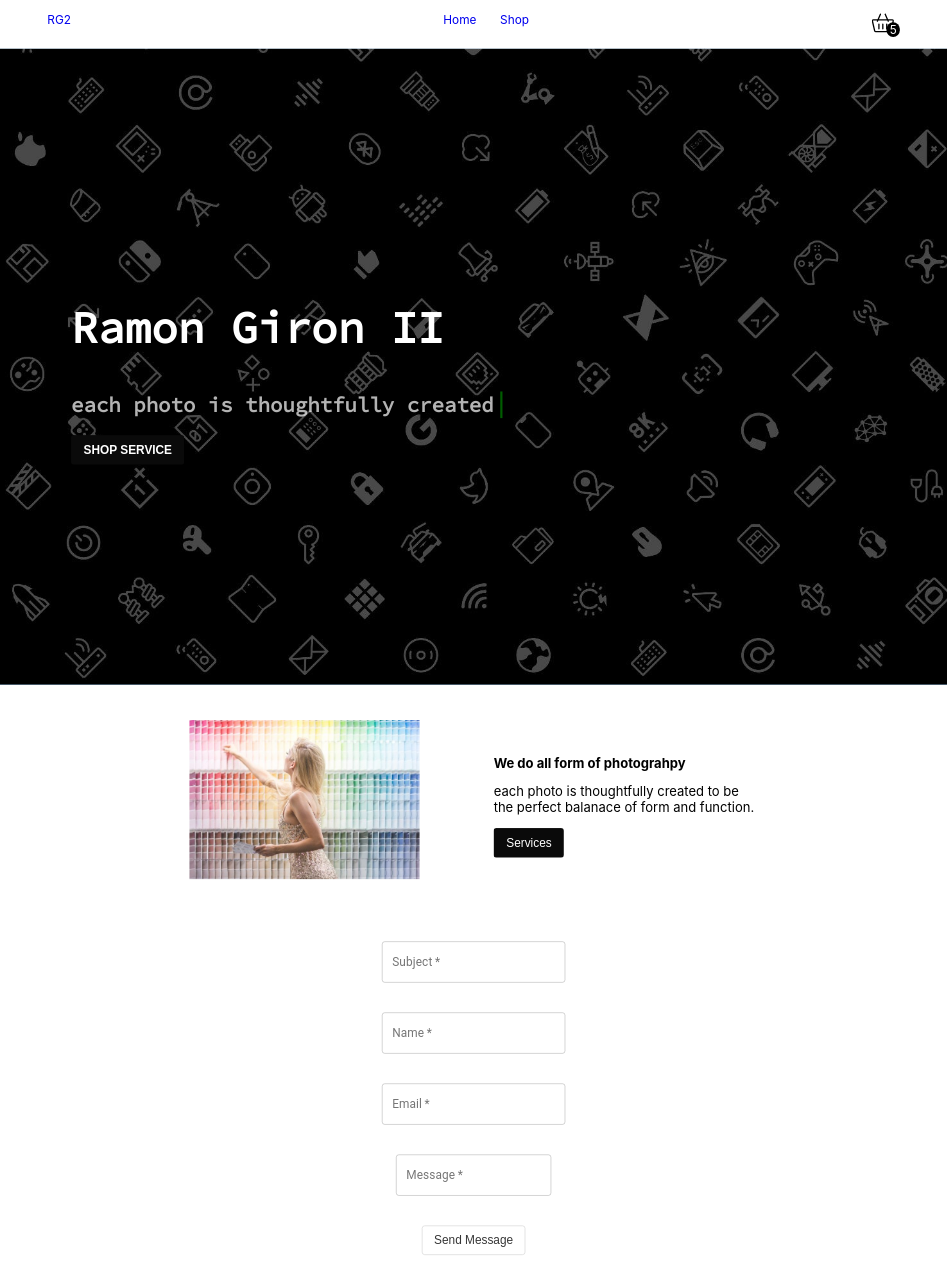
Repository: realistmccoy/coolify
Page: / (app in personalecom/)
The author's editor kept a copy of each file at every save. The page is drawn from the files as they stood at one save, then again after the next save.
The browser window is 1280 px wide. The pictures show the whole page, at 74% of full size.
The project was rebuilt for these pictures with package versions that can differ from the ones it lists, and the page was loaded fresh each time.

Above is the page before, as saved 2021-02-21 23:39:58.

### personalecom/src/index.js
import React from 'react';
import ReactDOM from 'react-dom';
import './index.css';
import App from './App';
import reportWebVitals from './reportWebVitals';
import { BrowserRouter } from 'react-router-dom';

ReactDOM.render(
<BrowserRouter>
<App />
</BrowserRouter>
, document.getElementById('root'));

// If you want to start measuring performance in your app, pass a function
// to log results (for example: reportWebVitals(console.log))
// or send to an analytics endpoint. Learn more: https://bit.ly/CRA-vitals
reportWebVitals();

### personalecom/src/App.js
import Header from './components/header/header.jsx';
import Hero from './components/hero/hero';
import MainSection from './components/main-section/main-section';
import ContactForm from './components/contactform/contactForm';
import './App.scss';

function App() {
  return (
		<div className='App'>
			<Header />
			<Hero />
			<MainSection />
			<ContactForm />
		</div>
  );
}

export default App;

### personalecom/src/components/header/header.jsx
import React from 'react';
import { Link } from 'react-router-dom'
import CartIcon from '../cart-icon/cart-icon'
import './header.styles.scss';

const Header = () => {
  return (
    <nav className="nav-menu container">
      <div className="logo">
        <Link to='/'> RG2</Link>
      </div>
      <ul>
        <li>
        <Link to='/'> Home</Link>
        </li>
        <li>
        <Link to='/shop'> Shop</Link>
        </li>
      </ul>
      <CartIcon/>
    </nav>

  )
}

export default Header

### personalecom/src/components/hero/hero.jsx
import React from 'react';
import './hero.styles.scss';

const Hero = () => {
  return (
    <section className="hero is-large is-info hero-image">
  <div className="hero-body">
    <h1 className="title">
      Ramon Giron II
    </h1>
    <h1 className="hero-title">
    each photo is thoughtfully created to be the perfect balanace of form and function.
    </h1>
    <div className="shop-now">
      <button className="button is-black" id='shop-now'>SHOP SERVICE</button>
    </div>
  </div>
</section>
  )
}

export default Hero;

### personalecom/src/components/main-section/main-section.jsx
import React from 'react';
import { withRouter} from 'react-router-dom'
import naturebg from '../../assets/nature.jpg'
import './main-section.styles.scss'

const MainSection = ({ history }) => {
  return (
    <div className="main-section-container">
      <div className="main-section-middle">
        <div className="ms-m-image">
          <img src={naturebg} alt="nature background" />
        </div>
        <div className="ms-m-description">
          <h2>We do all form of photograhpy</h2>
          <p>
          each photo is thoughtfully created to be the perfect balanace of form and function.
          </p>
          <button className="button is-black" id="shop now" onClick={() => history.push('/product/1')}>
          Services
          </button>
        </div>

        <div/>
      </div>
    </div>
  )
}
export default withRouter(MainSection)

### personalecom/src/components/contactform/contactForm.jsx

import React, { Component } from "react";
import axios from "axios";
import TextField from "@material-ui/core/TextField";

export default class ContactForm extends Component {

state = {name:"",message:"",email:"",subject:"",sent:false,buttonText:"Send Message", emailError:false};

  resetForm = () => {
    this.setState({
      name: "",
      message: "",
      email: "",
      subject: "",
      buttonText: "Message Sent",
    });

    setTimeout(() => {
      this.setState({ sent: false });
    }, 3000);
  };


  handleChangeEmail(e) {
    if (!e.target.value.match(
        /^(([^<>()\[\]\\.,;:\s@"]+(\.[^<>()\[\]\\.,;:\s@"]+)*)|(".+"))@((\[[0-9]{1,3}\.[0-9]{1,3}\.[0-9]{1,3}\.[0-9]{1,3}\])|(([a-zA-Z\-0-9]+\.)+[a-zA-Z]{2,}))$/
      )
    ) {
      this.setState({
        email: e.target.value,
      });
      this.setState({ emailError: true });

      if (this.state.email === "") {
        // check if the input is empty
        this.setState({ emailError: false });
      }
    } else {
      this.setState({ email: e.target.value, emailError: false });
    }
  }

  formSubmit = async (e) => {
    e.preventDefault();
    this.setState({
      buttonText: "...sending",
    });

    let data = {
      name: this.state.name,
      email: this.state.email,
      message: this.state.message,
      subject: this.state.subject,
    };

    try {
      await axios.post("BACKEND_URL", data);
      this.setState({ sent: true }, this.resetForm());
    } catch (error) {
      console.log(error);
    }
  };

  render() {
  return (

      <form className="contact-form" onSubmit={(e) => this.formSubmit(e)}>

        <TextField
          id="outlined-basic"
          placeholder="Enter Subject"
          label="Subject"
          variant="outlined"
          value={this.state.subject}
          onChange={(e) => this.setState({ subject: e.target.value })}
          required
        />

        <br />
        <br />
        <br />

        <TextField
          id="outlined-basic"
          placeholder="Enter your name"
          label="Name"
          variant="outlined"
          value={this.state.name}
          onChange={(e) => this.setState({ name: e.target.value })}
          required
          type="text"
        />
        <br />
        <br />
        <br />

        <TextField
          id="outlined-basic"
          label="Email"
          placeholder="Enter email address"
          variant="outlined"
          value={this.state.email}
          onChange={(e) => this.handleChangeEmail(e)}
          error={this.state.emailError}
          required
          type="email"
        />
        <br />
        <br />
        <br />
        <TextField
          id="standard-multiline-flexible"
          label="Message"
          placeholder="Enter Message"
          variant="outlined"
          multiline
          rowsMax={4}
          value={this.state.message}
          onChange={(e) => this.setState({ message: e.target.value })}
          required
          type="text"
        />
        <br />
        <br />
        <br />
        <div className="button--container">
          <button type="submit" className="button button-primary">
            {this.state.buttonText}
          </button>
        </div>
      </form>

  )
}
}

### personalecom/src/App.scss
@charset "utf-8";

@import '../node_modules/bulma/sass/utilities/_all.sass';
@import '../node_modules/bulma/sass/elements/button.sass';
@import '../node_modules/bulma/sass/elements/container.sass';
@import '../node_modules/bulma/sass/layout/hero.sass';

.app {
  position: relative;
  min-height: 100vh;
}

img {
  width: 100%;
}

.nomad-container {
  width: 60%;
  margin: 0 auto;
}

#shop-now {
  font-weight: 600;
  &:hover {
    background-color: #606060;
  }
}

// Featured products section
.featured-collection {
  margin-top: 6rem;

  .featured-section-title {
    font-size: 2rem;
  }

  .featured-image {
    cursor: pointer;
  }

  @media(min-width: 1024px) {
    .products {
      display: flex;
      justify-content: space-between;
      padding: 5px;

      .featured-product {
        margin: 10px;
      }
    }
  }
}

// single product page
.name-price {
  p {
    font-size: 1.2rem;
    font-weight: bold;
  }

  h3 {
    font-size: 1rem;
  }
}

//black button styles
.nomad-btn {
  display: block;
  width: 100%;
  line-height: 1.4;
  padding-left: 5px;
  padding-right: 5px;
  white-space: normal;
  margin-top: 0;
  margin-bottom: 10px;
  min-height: 44px;
}

//input styles
.nomad-input {
  width: 100%;
  padding: 10px;
  margin-bottom: 1rem;
}

form {
  padding: 2rem;
  text-align: center;
  input[type=text],
  input[type=email],
  input[type=password]{
    width: 60%;
  }

  .submit-btn {
    display: flex;
    justify-content: center;
  }

  .submit {
    width: 200px;
  }
}

.form-error {
  border: 1px solid red;
}

::placeholder {
  color: #606060;
  font-size: 16px;
}

#btn-white-outline {
  border: 1px solid grey;
  margin-bottom: 1rem;
}
#buy-it-now-btn {
  &:hover {
    background-color: #606060;
  }
}

@media(min-width: 1024px) {
  form {
    width: 60%;
    margin: 0 auto;

    input[type=text],
    input[type=email],
    input[type=password]{
      width: 65%;
    }
  }
}

.error {
  border: 1px solid red;
}

.error-message {
  color: red;
  font-size: 1.5rem;
}

### personalecom/src/components/cart-icon/cart-icon.jsx
import React from 'react';
import shoppingBag from '../../assets/2169842.svg'
import './cart-icon.styles.scss'

const CartIcon = () => {
  return (
    <div className="cart-container">
      <img src={shoppingBag} alt='shopping-cart-icon' />
      <span className="cart-count"> 5 </span>
    </div>
  )
}

export default CartIcon;

### personalecom/src/components/header/header.styles.scss
.nav-menu {
  display: flex;
  padding: 1rem;
  a {
    text-decoration: none;
    &:focus, &:hover, &:visited{
      color: black;
    }
  }
  .logo{
    font: size 1.5rem;
  }
  ul{
    list-style: none;
    margin: 0;
    margin-left: auto;

    li{
      display: inline-block;
      margin: 0 1rem;
    }
  }
}

### personalecom/src/components/hero/hero.styles.scss
@import url('https://fonts.googleapis.com/css?family=Source+Code+Pro');

.hero-image {
  background: linear-gradient(rgba(0, 0, 0, 0.2), rgba(0, 0, 0, 0.2)),
  url('../../assets/mkbhd.jpg') center/cover no-repeat;
}

.hero-title {
  text-align: center;
  border-right: solid 3px rgba(0,255,0,.75);
  white-space: nowrap;
  overflow: hidden;
  font-family: 'Source Code Pro', monospace;
  font-size: 28px;
  color: rgba(255,255,255,.70);

  animation: animated-text 4s steps(29,end) 1s 1 normal both,
  animated-cursor 600ms steps(29,end) infinite;
}

/* text animation */

@keyframes animated-text{
  from{width: 0;}
  to{width: 580px;}
}

/* cursor animations */

@keyframes animated-cursor{
  from{border-right-color: rgba(0,255,0,.75);}
  to{border-right-color: transparent;}
}

@media(min-width: 1024px) {
  .hero-image {
    font-size:2.5rem;
  }
}

.shop-now-btn {
  text-align: center;
}


.title {
  font-family: 'Source Code Pro', monospace;
  text-align: left;
}

### personalecom/src/components/main-section/main-section.styles.scss
.main-section-container {
  width: 60%;
  margin: 3rem auto;
}

h2 {
  font-size:1.1rem;
}

.ms.m-description {
  p {font-size:0.933rem;
  line-height:1.5;
}
}

@media(min-width:1024px) {
  .main-section-middle {
    display: flex;
    justify-content: space-between;

    .ms-image {
      max-width: 545px;
      flex: 1 0 545px;
    }
    .ms-m-description {
      margin-left: 100px;
      align-self: center;
      p {
        font-size:1.1rem;
      }
    }
  }
}

### personalecom/src/components/cart-icon/cart-icon.styles.scss
.cart-container {
  margin-left: auto;
  cursor: pointer;
  img{
    width:30px;
  }
  .cart-count {
    margin-left: -10px;
    background-color: black;
    color: white;
    padding-right: 4px;
    border-radius:10px;
  }
}

Loaded but not shown: personalecom/public/index.html (common file); personalecom/src/index.css (common file); personalecom/src/reportWebVitals.js (common file)

After the next save:
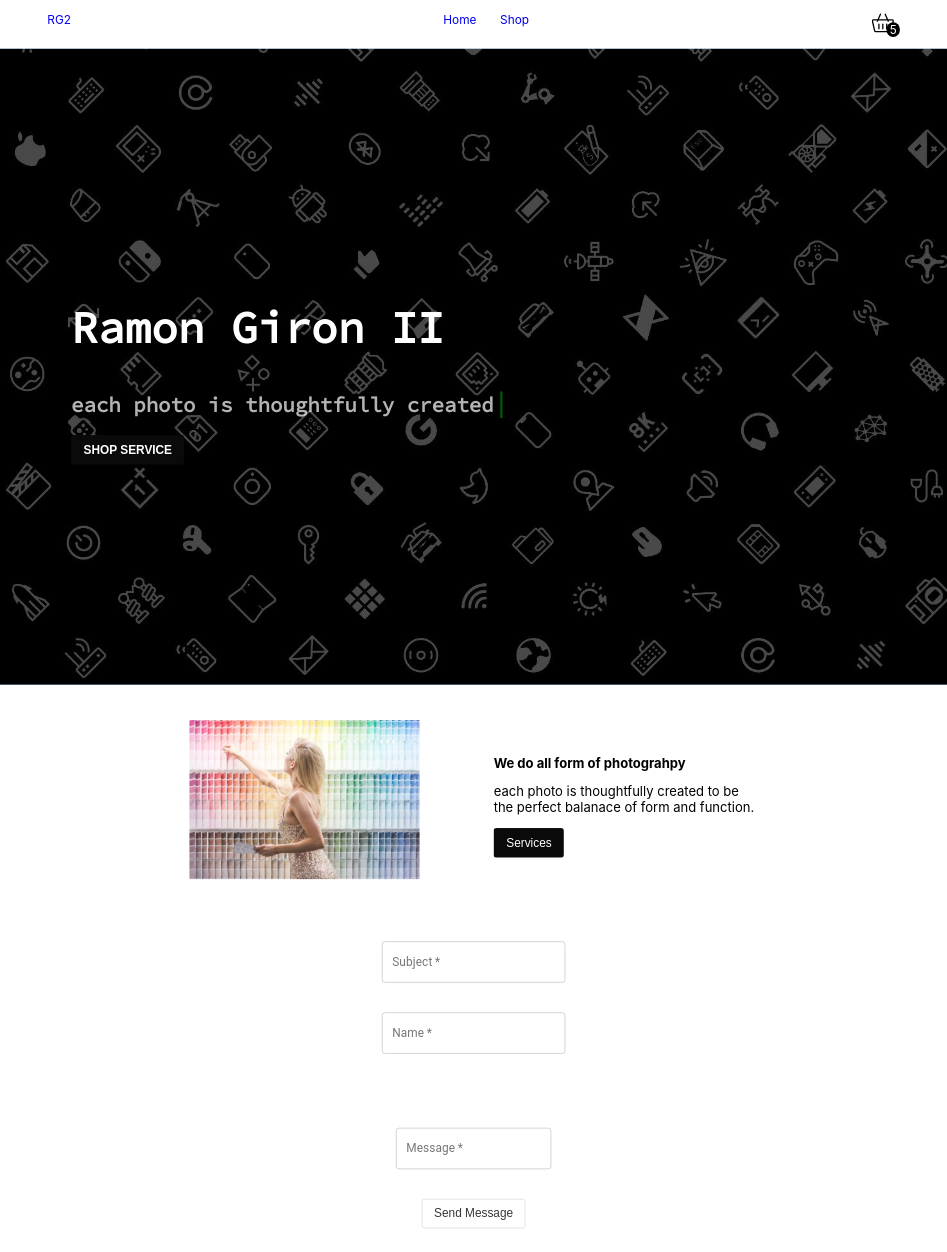
Saved 12 s later.
--- a/personalecom/src/components/contactform/contactForm.jsx
+++ b/personalecom/src/components/contactform/contactForm.jsx
@@ -95,17 +95,7 @@ state = {name:"",message:"",email:"",subject:"",sent:false,buttonText:"Send Mess
         <br />
         <br />
 
-        <TextField
-          id="outlined-basic"
-          label="Email"
-          placeholder="Enter email address"
-          variant="outlined"
-          value={this.state.email}
-          onChange={(e) => this.handleChangeEmail(e)}
-          error={this.state.emailError}
-          required
-          type="email"
-        />
+
         <br />
         <br />
         <br />
